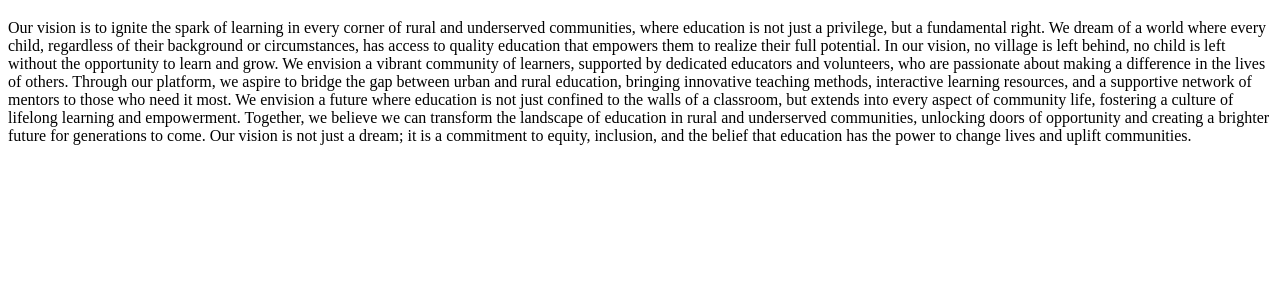
Repository: Anshul114/phoenix
Page: phoenix/templates/vision.html
These files come from the project's save history. The page is drawn as it stood at one moment and after a run of saves; the edit follows.
The browser window is 1280 px wide. The pictures show the whole page.

Above is the page before, as saved 2024-04-13 04:53:16.

### phoenix/templates/vision.html
<!DOCTYPE html>
<html lang="en">
<head>
    <meta charset="UTF-8">
    <meta name="viewport" content="width=device-width, initial-scale=1.0">
    <title>Our Vision</title>
</head>
<body>
    <h3></h3>Our vision is to ignite the spark of learning in every corner of rural and underserved communities, where education is not just a privilege, but a fundamental right. We dream of a world where every child, regardless of their background or circumstances, has access to quality education that empowers them to realize their full potential.

In our vision, no village is left behind, no child is left without the opportunity to learn and grow. We envision a vibrant community of learners, supported by dedicated educators and volunteers, who are passionate about making a difference in the lives of others.

Through our platform, we aspire to bridge the gap between urban and rural education, bringing innovative teaching methods, interactive learning resources, and a supportive network of mentors to those who need it most. We envision a future where education is not just confined to the walls of a classroom, but extends into every aspect of community life, fostering a culture of lifelong learning and empowerment.

Together, we believe we can transform the landscape of education in rural and underserved communities, unlocking doors of opportunity and creating a brighter future for generations to come. Our vision is not just a dream; it is a commitment to equity, inclusion, and the belief that education has the power to change lives and uplift communities.

</body>
</html>

After the next 2 saves:
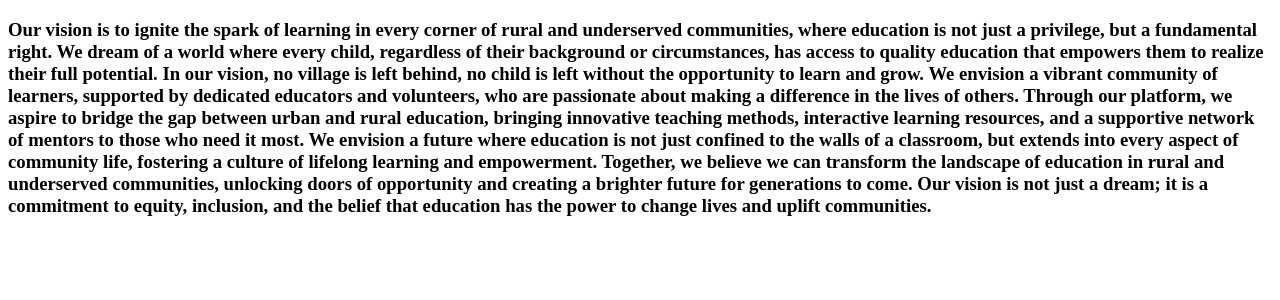
The 2 saves are shown as one change because they came seconds apart.
The last was saved 9 s later.
--- a/phoenix/templates/vision.html
+++ b/phoenix/templates/vision.html
@@ -6,13 +6,13 @@
     <title>Our Vision</title>
 </head>
 <body>
-    <h3></h3>Our vision is to ignite the spark of learning in every corner of rural and underserved communities, where education is not just a privilege, but a fundamental right. We dream of a world where every child, regardless of their background or circumstances, has access to quality education that empowers them to realize their full potential.
+    <h3>Our vision is to ignite the spark of learning in every corner of rural and underserved communities, where education is not just a privilege, but a fundamental right. We dream of a world where every child, regardless of their background or circumstances, has access to quality education that empowers them to realize their full potential.
 
-In our vision, no village is left behind, no child is left without the opportunity to learn and grow. We envision a vibrant community of learners, supported by dedicated educators and volunteers, who are passionate about making a difference in the lives of others.
+        In our vision, no village is left behind, no child is left without the opportunity to learn and grow. We envision a vibrant community of learners, supported by dedicated educators and volunteers, who are passionate about making a difference in the lives of others.
 
-Through our platform, we aspire to bridge the gap between urban and rural education, bringing innovative teaching methods, interactive learning resources, and a supportive network of mentors to those who need it most. We envision a future where education is not just confined to the walls of a classroom, but extends into every aspect of community life, fostering a culture of lifelong learning and empowerment.
+        Through our platform, we aspire to bridge the gap between urban and rural education, bringing innovative teaching methods, interactive learning resources, and a supportive network of mentors to those who need it most. We envision a future where education is not just confined to the walls of a classroom, but extends into every aspect of community life, fostering a culture of lifelong learning and empowerment.
 
-Together, we believe we can transform the landscape of education in rural and underserved communities, unlocking doors of opportunity and creating a brighter future for generations to come. Our vision is not just a dream; it is a commitment to equity, inclusion, and the belief that education has the power to change lives and uplift communities.
+        Together, we believe we can transform the landscape of education in rural and underserved communities, unlocking doors of opportunity and creating a brighter future for generations to come. Our vision is not just a dream; it is a commitment to equity, inclusion, and the belief that education has the power to change lives and uplift communities.</h3>
 
 </body>
 </html>
